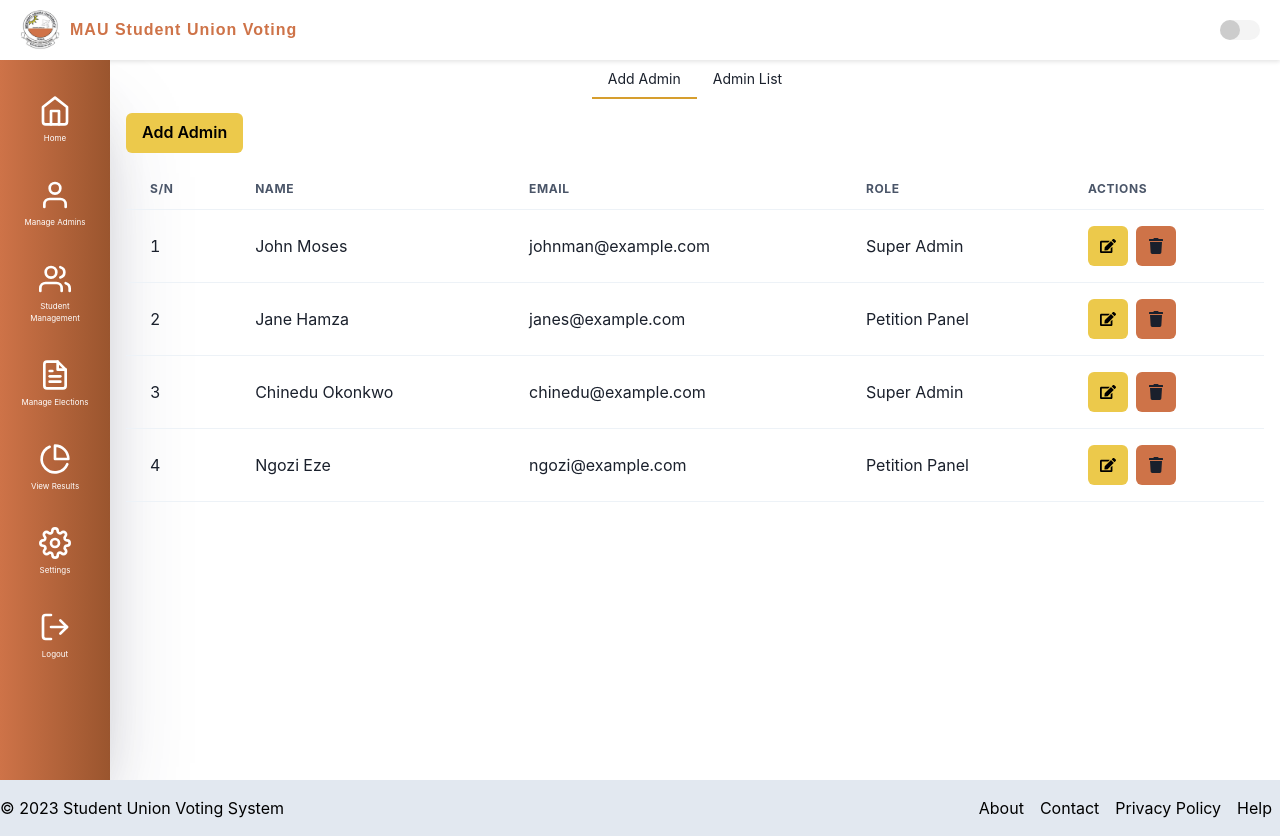
Repository: joena1o/e-vote
Page: /admin-dashboard/manage-admin
These files come from the project's save history. The page is drawn as it stood at one moment and after the next save; the edit follows.
The browser window is 1280 px wide. The pictures show the whole page.
The project was rebuilt for these pictures with package versions that can differ from the ones it lists, and the page was loaded fresh each time. Also part of the build but not shown: src/components/EnhancedLogin.js, src/components/BottomNav.js, src/api/index.js, src/components/maincontent/home/Home.styles.js, src/components/maincontent/home/Home.js, src/components/maincontent/RegisterStudents/ManageStudents.js, src/components/maincontent/RegisterStudents/RegisterStudents.js, src/components/maincontent/RegisterStudents/StudentManagement.js and 22 more.

Above is the page before, as saved 2023-12-26 10:18:52.

### src/index.js
import React from 'react';
import ReactDOM from 'react-dom/client';
import './index.css';
import App from './App';
import reportWebVitals from './reportWebVitals';
import Modal from 'react-modal';

// Set the app element for the modal for accessibility purposes
Modal.setAppElement('#root');

const root = ReactDOM.createRoot(document.getElementById('root'));
root.render(
  <React.StrictMode>
    <App />
  </React.StrictMode>
);

// If you want to start measuring performance in your app, pass a function
// to log results (for example: reportWebVitals(console.log))
// or send to an analytics endpoint. Learn more: https://bit.ly/CRA-vitals
reportWebVitals();

### src/App.js
import React from 'react';
import { BrowserRouter as Router, Routes, Route, Navigate } from 'react-router-dom';
import EnhancedLogin from './components/EnhancedLogin';
import AdminDashboard from './components/AdminDashboard';
import StudentDashboard from './components/StudentDashboard';
import { ChakraProvider, ColorModeProvider, Button, useColorMode } from '@chakra-ui/react';
import { Provider } from 'react-redux';
import store from './Redux/store';
import ElectionCommitteeDashboard from './components/maincontent/ElectionCommitteeDashboard';

// Component to toggle dark mode
function DarkModeToggle() {
  const { colorMode, toggleColorMode } = useColorMode();
  return (
    <Button onClick={toggleColorMode} position="fixed" m={4} zIndex={10}>
      Toggle {colorMode === 'light' ? 'Dark' : 'Light'}
    </Button>
  );
}

function App() {
  const hideScrollBar = {
    overflow: 'hidden',
  };

  return (
    <Provider store={store}>
      <ChakraProvider>
        <ColorModeProvider options={{ useSystemColorMode: true }}>
          <Router>
            <div style={hideScrollBar}>
              <Routes>
                {/* Define your routes */}
                <Route path="/login" element={<EnhancedLogin />} />
                <Route path="/admin-dashboard/*" element={<AdminDashboard />} />
                <Route path="/ElectionCommittee-dashboard/*" element={<ElectionCommitteeDashboard />} />
                <Route path='/student-dashboard/*' element={<StudentDashboard />} />
                {/* Redirect root to /admin-dashboard */}
                <Route path="/" element={<Navigate to="/admin-dashboard" replace />} />
              </Routes>
            </div>
          </Router>
          {/* Render DarkModeToggle */}
          {/* {!isLoginPage && <DarkModeToggle />} */}
        </ColorModeProvider>
      </ChakraProvider>
    </Provider>
  );
}

export default App;

### src/Redux/store.js
import { configureStore } from '@reduxjs/toolkit';
import electionReducer from './electionSlice';
import studentsReducer from './studentsSlice';
import candidatesReducer from './CandidateSlice'; // Import the candidates reducer

const store = configureStore({
  reducer: {
    elections: electionReducer,
    students: studentsReducer,
    candidates: candidatesReducer, // Add the candidates reducer here
  },
});

export default store;

### src/components/Navbar.js
import React from 'react';
import styled, { createGlobalStyle } from 'styled-components';
import logo from '../assets/school_logo.jpg';
import { useColorMode } from '@chakra-ui/react';

const GlobalStyle = createGlobalStyle`
  body {
    background-color: ${props => (props.theme === 'dark' ? '#333' : '#fff')};
    color: ${props => (props.theme === 'dark' ? '#fff' : '#000')}; // Set other component texts to black in light mode
  }
`;

const Header = styled.header`
  background: ${props => (props.theme === 'dark' ? '#333' : '#fff')};
  color: ${props => (props.theme === 'dark' ? '#fff' : '#ce7348')}; // Set navbar text to brown in light mode
  padding: 10px 20px;
  display: flex;
  align-items: center;
  justify-content: flex-start;
  box-shadow: 0px 2px 4px rgba(0, 0, 0, 0.1);
  font-family: 'Poppins', sans-serif;
`;


const Logo = styled.img`
  width: 40px;
  height: 40px;
  border-radius: 20px;
  margin-right: 10px;
`;

const Title = styled.h1`
  margin: 0;
  padding: 0;
  font-size: 1rem;
  font-weight: 600;
  letter-spacing: 1px;
`;

const ToggleSlider = styled.label`
  display: flex;
  align-items: center;
  cursor: pointer;
  margin-left: auto;
`;

const SliderInput = styled.input.attrs({ type: 'checkbox' })`
  display: none;
`;

const Slider = styled.div`
  width: 40px;
  height: 20px;
  background-color: ${props => (props.theme === 'dark' ? '#333' : '#f4f4f4')};
  border-radius: 20px;
  position: relative;
  transition: background-color 0.3s ease;
  cursor: pointer;

  &::after {
    content: '';
    width: 20px;
    height: 20px;
    border-radius: 50%;
    background-color: ${props => (props.theme === 'dark' ? '#fff' : '#ccc')};
    position: absolute;
    top: 50%;
    transform: translateY(-50%);
    left: ${props => (props.theme === 'dark' ? '20px' : '0')};
    transition: left 0.3s ease;
  }
`;

function Navbar() {
  const { colorMode, toggleColorMode } = useColorMode();

  return (
    <>
      <GlobalStyle theme={colorMode} />
      <Header theme={colorMode}>
        <Logo src={logo} alt="University Logo" />
        <Title>MAU Student Union Voting</Title>
        <ToggleSlider>
          <SliderInput type="checkbox" onChange={toggleColorMode} />
          <Slider theme={colorMode} />
        </ToggleSlider>
      </Header>
    </>
  );
}

export default Navbar;

### src/components/Footer.js
import React from 'react';
import { Box, Flex, Text, Link } from '@chakra-ui/react';

const Footer = ({ colorMode }) => {
  const handleDownloadDocumentation = () => {

    const pdfUrl = '/path/to/your/documentation.pdf';

    //  anchor element that triggers  download
    const link = document.createElement('a');
    link.href = pdfUrl;
    link.download = 'documentation.pdf';
    link.click();
  };

    return (
      <Box as="footer" mt="auto" py={4} bg={colorMode === 'dark' ? 'gray.800' : 'gray.200'} color={colorMode === 'dark' ? 'white' : 'black'}>
        <Flex justify="space-between" align="center">
          <Text>&copy; 2023 Student Union Voting System</Text>
          <Flex>
            <Link mx={2} href="#about">
              About
            </Link>
            <Link mx={2} href="#contact">
              Contact
            </Link>
            <Link mx={2} href="#privacy">
              Privacy Policy
            </Link>
            <Link mx={2} onClick={handleDownloadDocumentation}>
              Help
            </Link>
          </Flex>
        </Flex>
      </Box>
    );
  };

  export default Footer;

### src/components/maincontent/ManageAdmins/ManageAdmins.js
import React, { useState } from 'react';
import { Tabs, TabList, TabPanels, Tab, TabPanel, Box, Flex, Heading } from '@chakra-ui/react';
import AddAdmin from './AddAdmin';
import AdminList from './AdminList';

const ManageAdmins = () => {
  const [activeTab, setActiveTab] = useState(0);

  const handleTabChange = (index) => {
    setActiveTab(index);
  };

  return (
    <Flex direction="column" align="center" w="100%" h="100vh">

      <Box w="100%">
        <Tabs index={activeTab} onChange={handleTabChange} isLazy w="100%">
          <TabList display="flex" justifyContent="center" mx="auto" borderBottom="none">
            <Tab fontSize="sm" px={4} py={2} _selected={{ borderBottom: '2px solid', borderColor: 'yellow.500' }}>
              Add Admin
            </Tab>
            <Tab fontSize="sm" px={4} py={2} _selected={{ borderBottom: '2px solid', borderColor: 'yellow.500' }}>
              Admin List
            </Tab>
          </TabList>
          <TabPanels>
            <TabPanel>
              <AddAdmin />
            </TabPanel>
            <TabPanel>
              <AdminList />
            </TabPanel>
          </TabPanels>
        </Tabs>
      </Box>
    </Flex>
  );
};

export default ManageAdmins;

### src/Redux/electionSlice.js
/*import { createSlice, createAsyncThunk } from '@reduxjs/toolkit';
import { API, graphqlOperation } from 'aws-amplify';
import { createElection as createElectionAPI } from '../graphql/mutations';

export const createElection = createAsyncThunk(
  'elections/createElection',
  async (election, { rejectWithValue }) => {
    try {
      const result = await API.graphql(graphqlOperation(createElectionAPI, { input: election }));
      return result.data.createElection;
    } catch (error) {
      return rejectWithValue(error);
    }
  }
);

const electionSlice = createSlice({
  name: 'elections',
  initialState: [],
  reducers: {},
  extraReducers: (builder) => {
    builder.addCase(createElection.fulfilled, (state, action) => {
      state.push(action.payload);
    });
  },
});

export default electionSlice.reducer;
*/

### src/Redux/studentsSlice.js
import { createSlice } from '@reduxjs/toolkit';

export const studentsSlice = createSlice({
  name: 'students',
  initialState: [],
  reducers: {
    addStudents: (state, action) => {
      // Add students to the Redux store
      action.payload.forEach(student => {
        state.push(student);
      });
    },
  },
});

export const { addStudents } = studentsSlice.actions;

export default studentsSlice.reducer;

### src/Redux/CandidateSlice.js

import { createSlice } from '@reduxjs/toolkit';

export const candidatesSlice = createSlice({
  name: 'candidates',
  initialState: [],
  reducers: {
    setCandidates: (state, action) => {
      return action.payload;
    },
  },
});

export const { setCandidates } = candidatesSlice.actions;
export default candidatesSlice.reducer;

### src/components/maincontent/ManageAdmins/AddAdmin.js
import React, { useState } from 'react';
import {
  Box,
  VStack,
  useColorModeValue,
  Button,
  Input,
  Modal,
  ModalOverlay,
  ModalContent,
  ModalHeader,
  ModalFooter,
  ModalBody,
  ModalCloseButton,
  FormControl,
  FormLabel,
  Container,
  IconButton,
  Table,
  Thead,
  Tbody,
  Tr,
  Th,
  Td,
} from '@chakra-ui/react';
import Select from 'react-select';
import { FaEdit, FaTrash } from 'react-icons/fa';

const AddAdmin = () => {
  const colorModeValue = useColorModeValue('gray.200', 'gray.600');

  const [isOpen, setIsOpen] = useState(false);

  const initialAdminData = {
    name: '',
    email: '',
    role: { value: 'Super Admin', label: 'Super Admin' },
  };

  const [adminData, setAdminData] = useState(initialAdminData);

  const [admins, setAdmins] = useState([
    {
      name: 'John Moses',
      email: 'johnman@example.com',
      role: { value: 'Super Admin', label: 'Super Admin' },
    },
    {
      name: 'Jane Hamza',
      email: 'janes@example.com',
      role: { value: 'Petition Panel', label: 'Petition Panel' },
    },
    {
      name: 'Chinedu Okonkwo',
      email: 'chinedu@example.com',
      role: { value: 'Super Admin', label: 'Super Admin' },
    },
    {
      name: 'Ngozi Eze',
      email: 'ngozi@example.com',
      role: { value: 'Petition Panel', label: 'Petition Panel' },
    },
  ]);

  const handleInputChange = (name, value) => {
    setAdminData({ ...adminData, [name]: value });
  };

  const openModal = () => {
    setIsOpen(true);
  };

  const closeModal = () => {
    setIsOpen(false);
    setAdminData(initialAdminData);
  };

  const handleSubmit = () => {
    // Add your logic to handle admin data submission here
    console.log('Admin Data Submitted:', adminData);

    // Add the admin data to the admins state
    setAdmins([...admins, adminData]);

    closeModal();
  };

  const handleEditAdmin = (index) => {
    // Add logic to edit admin here, e.g., open a modal for editing
    console.log('Editing admin at index:', index);
  };

  const handleDeleteAdmin = (index) => {
    // Add logic to delete admin here, e.g., show a confirmation modal
    console.log('Deleting admin at index:', index);
  };

  return (
    <Container maxW="100vw" w="100" p={0}>
      <Box>
        <Button colorScheme="yellow" onClick={openModal}>
          Add Admin
        </Button>

        <Modal isOpen={isOpen} onClose={closeModal} size="sm">
          <ModalOverlay />
          <ModalContent
            borderRadius="8px"
            bg={colorModeValue}
            color={colorModeValue === 'gray.200' ? 'black' : 'white'}
          >
            <ModalHeader
              fontSize="lg"
              fontWeight="bold"
              borderBottom="1px solid"
              borderColor={
                colorModeValue === 'gray.200' ? 'gray.300' : 'gray.600'
              }
            >
              Add New Admin
            </ModalHeader>
            <ModalCloseButton />
            <ModalBody>
              <VStack spacing={4}>
                <FormControl>
                  <FormLabel>Name:</FormLabel>
                  <Input
                    type="text"
                    name="name"
                    value={adminData.name}
                    onChange={(e) => handleInputChange('name', e.target.value)}
                  />
                </FormControl>
                <FormControl>
                  <FormLabel>Email:</FormLabel>
                  <Input
                    type="email"
                    name="email"
                    value={adminData.email}
                    onChange={(e) => handleInputChange('email', e.target.value)}
                  />
                </FormControl>
                <FormControl>
                  <FormLabel>Role:</FormLabel>
                  <Select
                    options={[
                      { value: 'Super Admin', label: 'Super Admin' },
                      { value: 'Petition Panel', label: 'Petition Panel' },
                    ]}
                    value={adminData.role}
                    onChange={(selectedOption) =>
                      handleInputChange('role', selectedOption)
                    }
                  />
                </FormControl>
              </VStack>
            </ModalBody>
            <ModalFooter
              borderTop="1px solid"
              borderColor={
                colorModeValue === 'gray.200' ? 'gray.300' : 'gray.600'
              }
            >
              <Button
                bg="brown"
                color="white"
                _hover={{ bg: 'brown.600' }}
                _focus={{ boxShadow: 'none' }}
                onClick={handleSubmit}
              >
                Add Admin
              </Button>
            </ModalFooter>
          </ModalContent>
        </Modal>
      </Box>

      <Table variant="simple" mt={4} w="100%">
        <Thead>
          <Tr>
            <Th>S/N</Th>
            <Th>Name</Th>
            <Th>Email</Th>
            <Th>Role</Th>
            <Th>Actions</Th>
          </Tr>
        </Thead>
        <Tbody>
          {admins.map((admin, index) => (
            <Tr key={index}>
              <Td>{index + 1}</Td>
              <Td>{admin.name}</Td>
              <Td>{admin.email}</Td>
              <Td>{admin.role.label}</Td>
              <Td>
                <IconButton
                  icon={<FaEdit />}

                  onClick={() => handleEditAdmin(index)}
                  aria-label="Edit"
                  colorScheme="yellow"
                  mr={2}
                />
                <IconButton
                  icon={<FaTrash />}

                  onClick={() => handleDeleteAdmin(index)}
                  aria-label="Delete"
                  bg="#ce7348"
                />
              </Td>
            </Tr>
          ))}
        </Tbody>
      </Table>
    </Container>
  );
};

export default AddAdmin;

Loaded but not shown: public/index.html (common file); src/index.css (common file); src/reportWebVitals.js (common file); src/components/Sidebar.js (130 lines, source omitted); src/components/AdminDashboard.js (99 lines, source omitted)

After the next save:
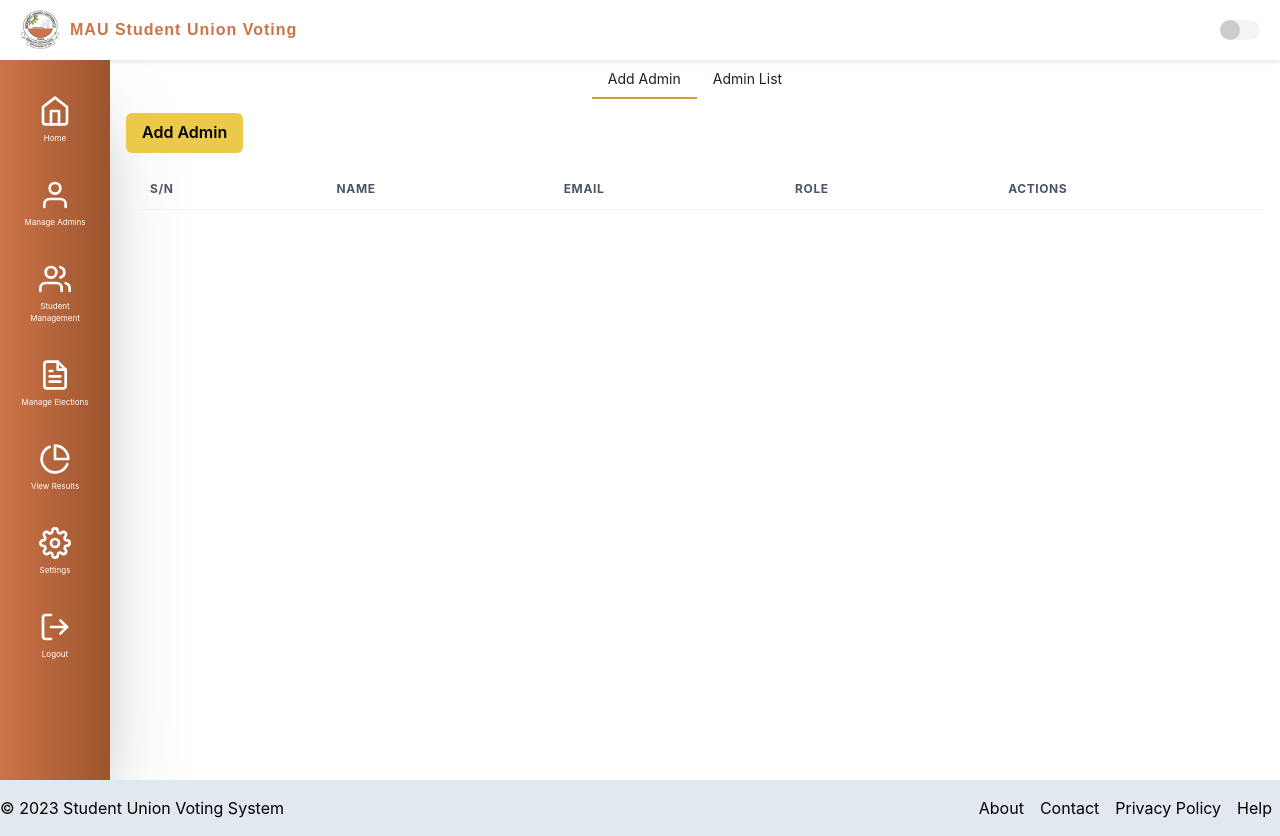
Saved 8 min 12 s later.
--- a/src/components/maincontent/ManageAdmins/AddAdmin.js
+++ b/src/components/maincontent/ManageAdmins/AddAdmin.js
@@ -1,4 +1,4 @@
-import React, { useState } from 'react';
+import React, { useState, useMemo } from 'react';
 import {
   Box,
   VStack,
@@ -30,6 +30,7 @@ const AddAdmin = () => {
   const colorModeValue = useColorModeValue('gray.200', 'gray.600');
 
   const [isOpen, setIsOpen] = useState(false);
+  const [sortConfig, setSortConfig] = useState({ key: null, direction: 'asc' });
 
   const initialAdminData = {
     name: '',
@@ -40,26 +41,7 @@ const AddAdmin = () => {
   const [adminData, setAdminData] = useState(initialAdminData);
 
   const [admins, setAdmins] = useState([
-    {
-      name: 'John Moses',
-      email: 'johnman@example.com',
-      role: { value: 'Super Admin', label: 'Super Admin' },
-    },
-    {
-      name: 'Jane Hamza',
-      email: 'janes@example.com',
-      role: { value: 'Petition Panel', label: 'Petition Panel' },
-    },
-    {
-      name: 'Chinedu Okonkwo',
-      email: 'chinedu@example.com',
-      role: { value: 'Super Admin', label: 'Super Admin' },
-    },
-    {
-      name: 'Ngozi Eze',
-      email: 'ngozi@example.com',
-      role: { value: 'Petition Panel', label: 'Petition Panel' },
-    },
+    // Existing admin data
   ]);
 
   const handleInputChange = (name, value) => {
@@ -76,24 +58,40 @@ const AddAdmin = () => {
   };
 
   const handleSubmit = () => {
-    // Add your logic to handle admin data submission here
     console.log('Admin Data Submitted:', adminData);
-
-    // Add the admin data to the admins state
     setAdmins([...admins, adminData]);
-
     closeModal();
   };
 
   const handleEditAdmin = (index) => {
-    // Add logic to edit admin here, e.g., open a modal for editing
     console.log('Editing admin at index:', index);
   };
 
   const handleDeleteAdmin = (index) => {
-    // Add logic to delete admin here, e.g., show a confirmation modal
     console.log('Deleting admin at index:', index);
   };
+
+  const handleSort = (key) => {
+    let direction = 'asc';
+    if (sortConfig.key === key && sortConfig.direction === 'asc') {
+      direction = 'desc';
+    }
+    setSortConfig({ key, direction });
+  };
+
+  const sortedAdmins = useMemo(() => {
+    let sortableAdmins = [...admins];
+    if (sortConfig.key) {
+      sortableAdmins.sort((a, b) => {
+        const keyA = a[sortConfig.key];
+        const keyB = b[sortConfig.key];
+        if (keyA < keyB) return sortConfig.direction === 'asc' ? -1 : 1;
+        if (keyA > keyB) return sortConfig.direction === 'asc' ? 1 : -1;
+        return 0;
+      });
+    }
+    return sortableAdmins;
+  }, [admins, sortConfig]);
 
   return (
     <Container maxW="100vw" w="100" p={0}>
@@ -178,15 +176,15 @@ const AddAdmin = () => {
       <Table variant="simple" mt={4} w="100%">
         <Thead>
           <Tr>
-            <Th>S/N</Th>
-            <Th>Name</Th>
-            <Th>Email</Th>
-            <Th>Role</Th>
+            <Th onClick={() => handleSort('name')}>S/N</Th>
+            <Th onClick={() => handleSort('name')}>Name</Th>
+            <Th onClick={() => handleSort('email')}>Email</Th>
+            <Th onClick={() => handleSort('role.label')}>Role</Th>
             <Th>Actions</Th>
           </Tr>
         </Thead>
         <Tbody>
-          {admins.map((admin, index) => (
+          {sortedAdmins.map((admin, index) => (
             <Tr key={index}>
               <Td>{index + 1}</Td>
               <Td>{admin.name}</Td>
@@ -195,7 +193,6 @@ const AddAdmin = () => {
               <Td>
                 <IconButton
                   icon={<FaEdit />}
-
                   onClick={() => handleEditAdmin(index)}
                   aria-label="Edit"
                   colorScheme="yellow"
@@ -203,7 +200,6 @@ const AddAdmin = () => {
                 />
                 <IconButton
                   icon={<FaTrash />}
-
                   onClick={() => handleDeleteAdmin(index)}
                   aria-label="Delete"
                   bg="#ce7348"

After the save that followed:
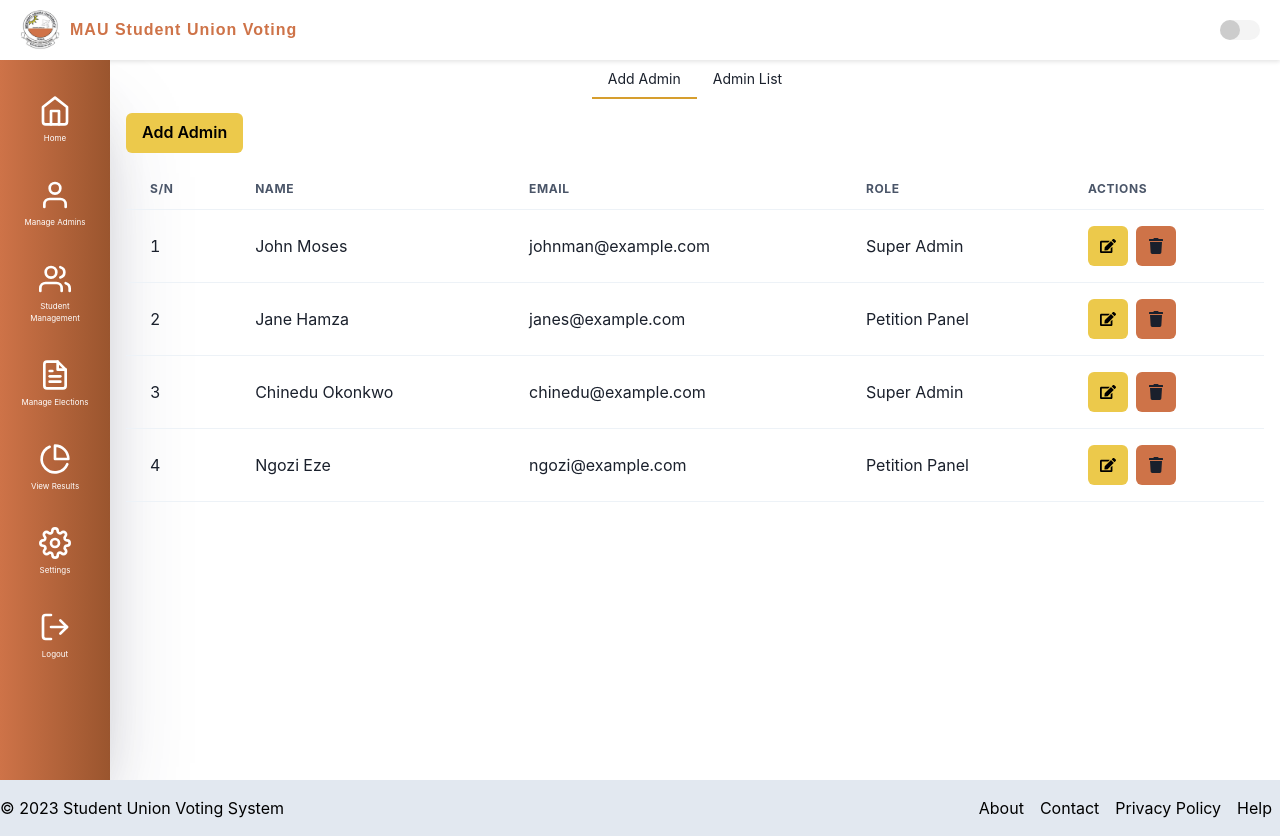
Saved 76 s later.
--- a/src/components/maincontent/ManageAdmins/AddAdmin.js
+++ b/src/components/maincontent/ManageAdmins/AddAdmin.js
@@ -41,8 +41,28 @@ const AddAdmin = () => {
   const [adminData, setAdminData] = useState(initialAdminData);
 
   const [admins, setAdmins] = useState([
-    // Existing admin data
+    {
+      name: 'John Moses',
+      email: 'johnman@example.com',
+      role: { value: 'Super Admin', label: 'Super Admin' },
+    },
+    {
+      name: 'Jane Hamza',
+      email: 'janes@example.com',
+      role: { value: 'Petition Panel', label: 'Petition Panel' },
+    },
+    {
+      name: 'Chinedu Okonkwo',
+      email: 'chinedu@example.com',
+      role: { value: 'Super Admin', label: 'Super Admin' },
+    },
+    {
+      name: 'Ngozi Eze',
+      email: 'ngozi@example.com',
+      role: { value: 'Petition Panel', label: 'Petition Panel' },
+    },
   ]);
+
 
   const handleInputChange = (name, value) => {
     setAdminData({ ...adminData, [name]: value });
